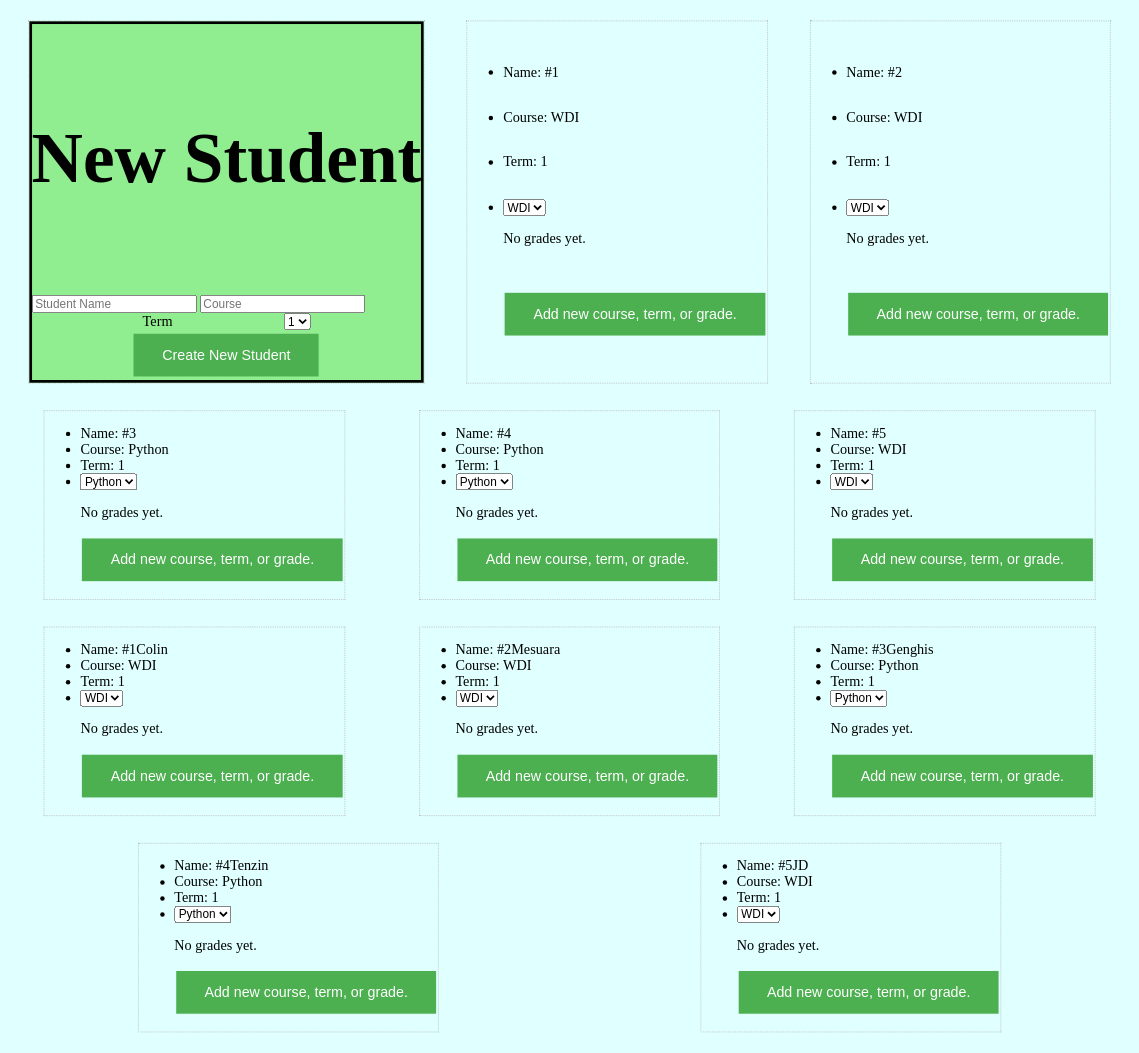
Repository: EdmontDantes/graderaide-ui
Page: index.html
These files come from the project's save history. The page is drawn as it stood at one moment and after the next save; the edit follows.
The browser window is 1280 px wide. The pictures show the whole page, at 89% of full size.

Above is the page before, as saved 2020-04-21 15:15:08.

### index.html
<html lang="en">
  <head>
    <title>Graderaide</title>
    <meta charset="UTF-8">
    <meta name="viewport" content="width=device-width, initial-scale=1">
    <link rel="stylesheet" type="text/css" href="style.css">
  </head>

  <body>
    <section class="app">
      <section class="student-display">

      <section class="new-student-input">
        <h1 id="text-h1-creation-section">New Student</h1>

        <div id="new-student-input-boxes">
          <!-- <label for="new-student-name">Student Name</label> -->
          <input id="new-student-name-input-box"type="text" class="new-student-name" name="new-student-name" placeholder="Student Name">
          <!-- <label for="new-student-course">Course</label> -->
          <input id="new-student-course-input-box" type="text" class="new-student-course" name="new-student-course" placeholder="Course">
        </div>

        <div id="new-student-input-options"
          <label for="new-student-term">Term</label>
          <select class="new-student-term" name="new-student-term">
            <option value="1">1</option>
            <option value="2">2</option>
            <option value="3">3</option>
          </select>
        </div>
        <section class="new-student-submit">
          <button type="submit" class="new-student-button">Create New Student</button>
        </section>
      </section>
    </section>

      <section class="student-display">
        <ul class="student-info">
          <li>Name: #1</li>
          <li>Course: WDI</li>
          <li>Term: 1</li>
          <li>
            <select class="course-selection">
              <option value="wdi">WDI</option>
            </select>
            <p>No grades yet.</p>
          </li><button>Add new course, term, or grade.</button>
        </ul>
      </section>
      <section class="student-display">
        <ul class="student-info">
          <li>Name: #2</li>
          <li>Course: WDI</li>
          <li>Term: 1</li>
          <li>
            <select class="course-selection">
              <option value="wdi">WDI</option>
            </select>
            <p>No grades yet.</p>
          </li><button>Add new course, term, or grade.</button>
        </ul>
      </section>

      <section class="student-display">
        <ul class="student-info">
          <li>Name: #3</li>
          <li>Course: Python</li>
          <li>Term: 1</li>
          <li>
            <select class="course-selection">
              <option value="python">Python</option>
            </select>
            <p>No grades yet.</p>
          </li><button>Add new course, term, or grade.</button>
        </ul>
      </section>

      <section class="student-display">
        <ul class="student-info">
          <li>Name: #4</li>
          <li>Course: Python</li>
          <li>Term: 1</li>
          <li>
            <select class="course-selection">
              <option value="python">Python</option>
            </select>
            <p>No grades yet.</p>
          </li><button>Add new course, term, or grade.</button>
        </ul>
      </section>

      <section class="student-display">
        <ul class="student-info">
          <li>Name: #5</li>
          <li>Course: WDI</li>
          <li>Term: 1</li>
          <li>
            <select class="course-selection">
              <option value="wdi">WDI</option>
            </select>
            <p>No grades yet.</p>
          </li><button>Add new course, term, or grade.</button>
        </ul>
      </section>

      <section class="student-display">
        <ul class="student-info">
          <li>Name: #1Colin</li>
          <li>Course: WDI</li>
          <li>Term: 1</li>
          <li>
            <select class="course-selection">
              <option value="wdi">WDI</option>
            </select>
            <p>No grades yet.</p>
          </li><button>Add new course, term, or grade.</button>
        </ul>
      </section>
      <section class="student-display">
        <ul class="student-info">
          <li>Name: #2Mesuara</li>
          <li>Course: WDI</li>
          <li>Term: 1</li>
          <li>
            <select class="course-selection">
              <option value="wdi">WDI</option>
            </select>
            <p>No grades yet.</p>
          </li><button>Add new course, term, or grade.</button>
        </ul>
      </section>

      <section class="student-display">
        <ul class="student-info">
          <li>Name: #3Genghis</li>
          <li>Course: Python</li>
          <li>Term: 1</li>
          <li>
            <select class="course-selection">
              <option value="python">Python</option>
            </select>
            <p>No grades yet.</p>
          </li><button>Add new course, term, or grade.</button>
        </ul>
      </section>

      <section class="student-display">
        <ul class="student-info">
          <li>Name: #4Tenzin</li>
          <li>Course: Python</li>
          <li>Term: 1</li>
          <li>
            <select class="course-selection">
              <option value="python">Python</option>
            </select>
            <p>No grades yet.</p>
          </li><button>Add new course, term, or grade.</button>
        </ul>
      </section>

      <section class="student-display">
        <ul class="student-info">
          <li>Name: #5JD</li>
          <li>Course: WDI</li>
          <li>Term: 1</li>
          <li>
            <select class="course-selection">
              <option value="wdi">WDI</option>
            </select>
            <p>No grades yet.</p>
          </li><button>Add new course, term, or grade.</button>
        </ul>
      </section>
      </section>
    </section>
  </body>
</html>

### style.css
@media (min-width: 601px) and (max-width: 1100px);
body {
    background-color: lightcyan;
    display: flex;
    flex-wrap: wrap;
    justify-content: center;
}

.app {
    display: flex;
    flex-direction: row;
    flex-wrap: wrap;
    justify-content: space-around;
}

#text-h1-creation-section {
    display: flex;
    flex-wrap: wrap;
    justify-content: center;
    font-size: 5em;
}

#new-student-input-options {
    display: flex;
    flex-wrap: wrap;
    justify-content: space-evenly;
}

.new-student-submit {
    display: flex;
    flex-wrap: wrap;
    justify-content: center;
}

.new-student-input {
    display: grid;

    background-color: lightgreen;
    border: 3px solid black;

}
button {
    background-color: #4CAF50; /* Green */
    border: none;
    color: white;
    padding: 15px 32px;
    text-align: center;
    text-decoration: none;
    display: inline-block;
    font-size: 16px;
    margin: 4px 2px;
    cursor: pointer;
}

.student-display {
    display: flex;
    justify-content: space-around;
    border: 1px dotted #BFC0C0;
    margin: 15px;
}

.student-info {
    display: flex;
    flex-direction: column;
    justify-content: space-evenly;
}

After the next save:
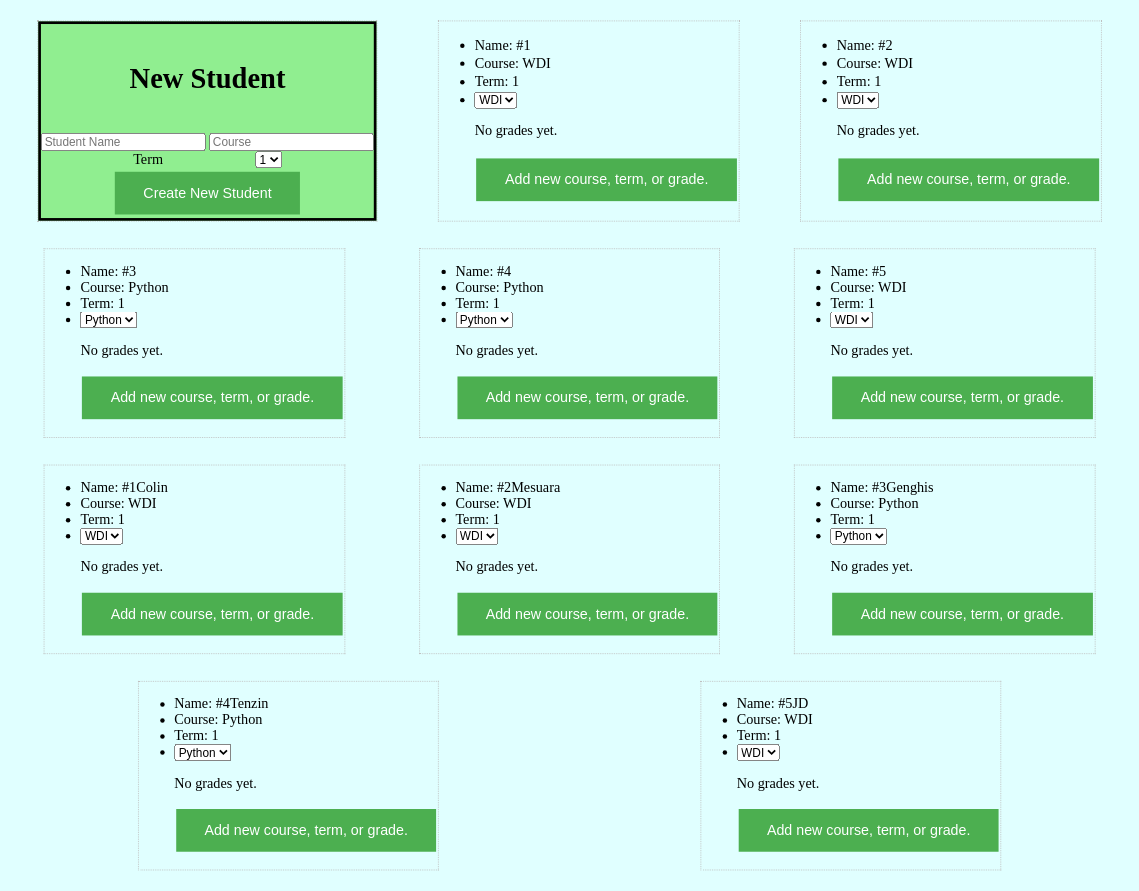
Saved 5 s later.
--- a/style.css
+++ b/style.css
@@ -17,7 +17,7 @@ body {
     display: flex;
     flex-wrap: wrap;
     justify-content: center;
-    font-size: 5em;
+    font-size: 2em;
 }
 
 #new-student-input-options {
